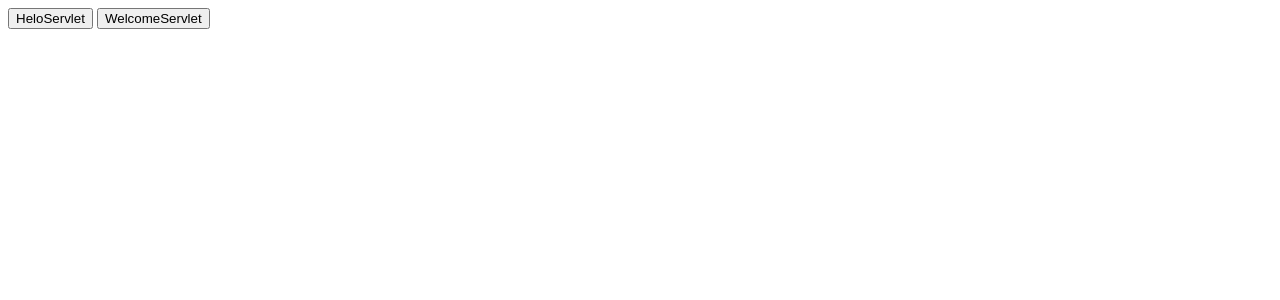
Repository: xiezom/test
Page: http://localhost/HelloServlet/
These files come from the project's save history. The page is drawn as it stood at one moment and after the next save; the edit follows.
The browser window is 1280 px wide. The pictures show the whole page.
The page is served by Tomcat 9.

Above is the page before, as saved 2019-02-18 08:00:36.

After the next save:
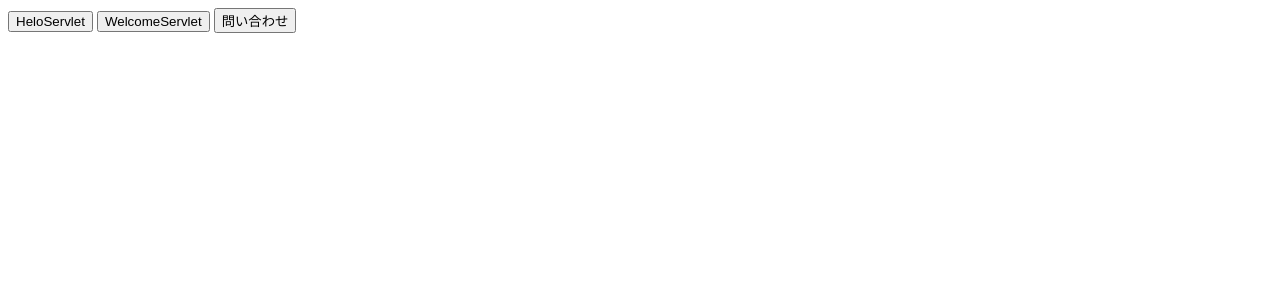
Saved 2 min 25 s later.
--- a/HelloServlet/WebContent/index.jsp
+++ b/HelloServlet/WebContent/index.jsp
@@ -9,5 +9,6 @@
 <body>
 <input type="button" value="HeloServlet" onClick="location.href='HelloServlet'">
 <input type="button" value="WelcomeServlet" onClick="location.href='welcome.jsp'">
+<input type="button" value="問い合わせ" onClick="location.href='inquiry.jsp'">
 </body>
 </html>
